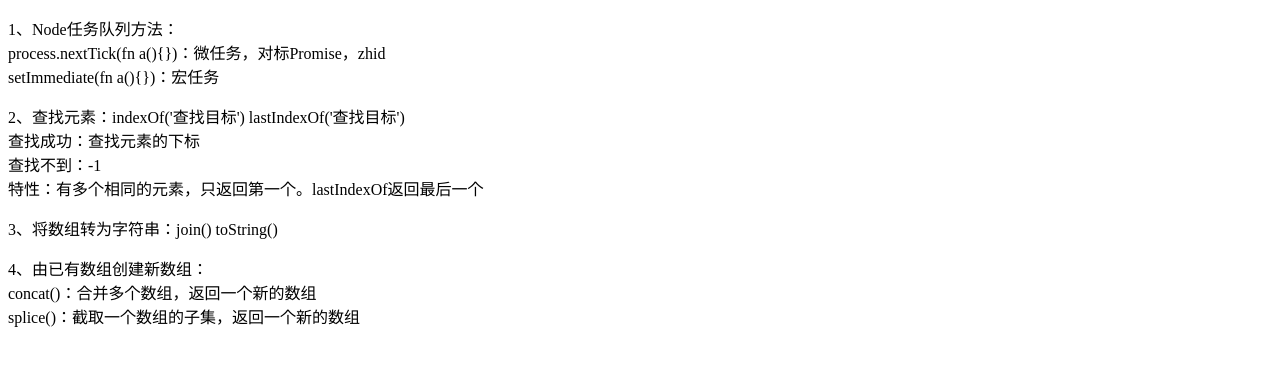
Repository: 15878162243/nodejsNote
Page: node方法.html
An editor plug-in stored every save of this project. The page is shown before and after a run of saves, followed by the edit.
The browser window is 1280 px wide. The pictures show the whole page.

Above is the page before, as saved 2022-09-25 15:43:24.

### node方法.html
<!DOCTYPE html>
<html>
	<head>
		<meta charset="utf-8">
		<title></title>
	</head>
	<body>

		<p>1、Node任务队列方法：<br />
			process.nextTick(fn a(){})：微任务，对标Promise，zhid<br />
			setImmediate(fn a(){})：宏任务<br />
		</p>
		<script>
			var nums1 = []; // 1-100
			var nums2 = [];
			for(var i = 0; i < 100; i++){
				nums1[i] = i+1;
				nums2[i] = i+1;
			}

			// 将数组内的每个元素一个个赋值给另一个数组。
			function copy(arr1, arr2){
				for(var i = 0; i < arr1.length; i++){
					arr2[i] = arr1[i]
				}
			}

			var samenums1 = nums1; // 浅复制
			nums1[0] = 400
			console.log('word 1: '+samenums1[0]) // 400

			var samenums2 = []
			copy(nums2,samenums2)	 // 深复制
			nums2[0] = 400
			console.log('word 1: '+samenums2[0]) // 1
		</script>










		<p>2、查找元素：indexOf('查找目标') lastIndexOf('查找目标')<br />
			查找成功：查找元素的下标<br />
			查找不到：-1<br />
			特性：有多个相同的元素，只返回第一个。lastIndexOf返回最后一个
		</p>
		<script>
			var indexArr = ["daom","fhjak","vnska","daom"]
			console.log('word 2: '+indexArr.indexOf('vnska')) // 2
			console.log('word 2: '+indexArr.indexOf('dad'))   // -1
			console.log('word 2: '+indexArr.lastIndexOf('daom'))   // 3
		</script>

		<p>3、将数组转为字符串：join()  toString()</p>
		<script>
			var indexArr = ["daom","fhjak","vnska","daom"]
			console.log('word 3: '+indexArr.join())
			console.log('word 3: '+indexArr.toString())
			// daom,fhjak,vnska,daom
		</script>

		<p>4、由已有数组创建新数组：<br />
			concat()：合并多个数组，返回一个新的数组<br />
			splice()：截取一个数组的子集，返回一个新的数组<br />
		</p>



	</body>
</html>

After the next 2 saves:
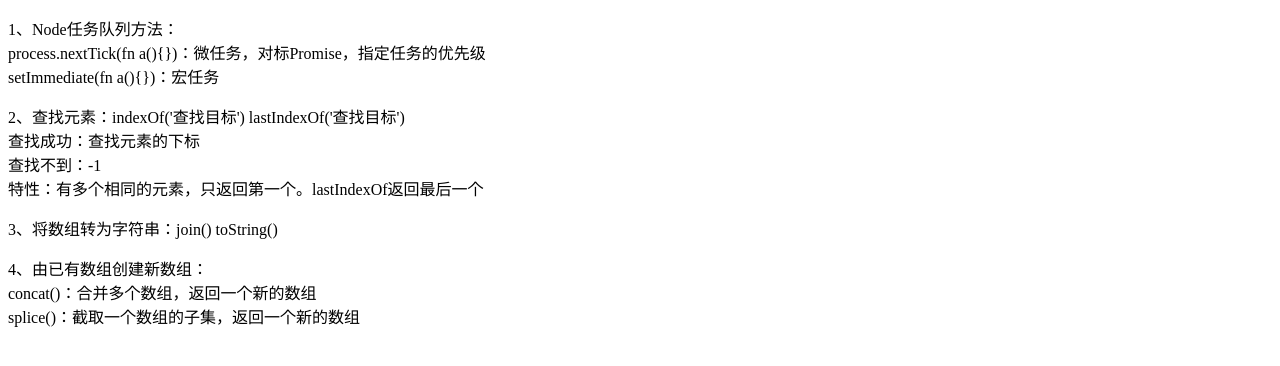
The 2 saves are shown as one change because they came seconds apart.
The last was saved 8 s later.
--- a/node方法.html
+++ b/node方法.html
@@ -7,7 +7,7 @@
 	<body>
 
 		<p>1、Node任务队列方法：<br />
-			process.nextTick(fn a(){})：微任务，对标Promise，zhid<br />
+			process.nextTick(fn a(){})：微任务，对标Promise，指定任务的优先级<br />
 			setImmediate(fn a(){})：宏任务<br />
 		</p>
 		<script>
